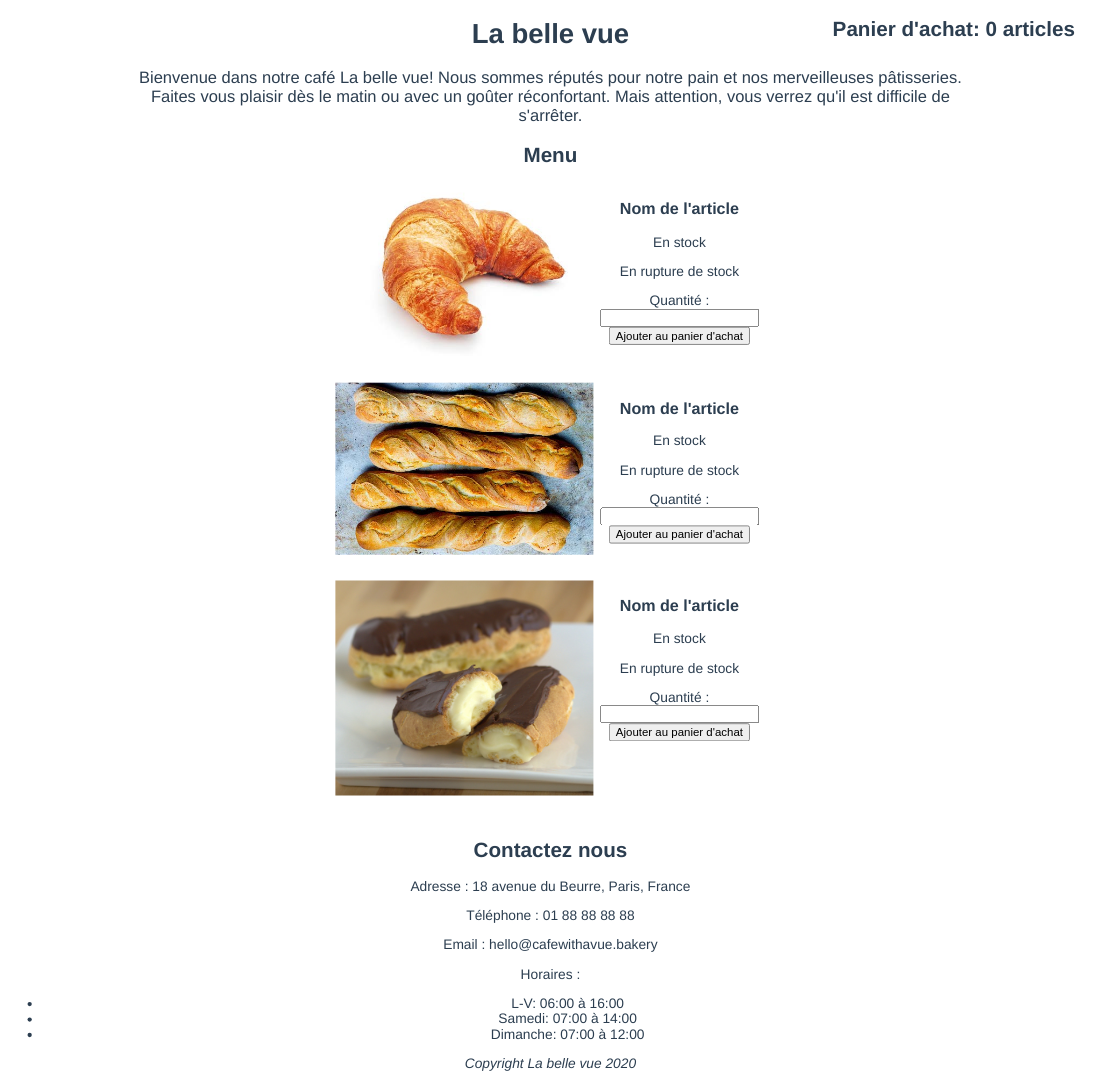
Repository: arione15/OC-tuto_cafe-avec-vue_Vue.js
Page: Partie 1 Créez votre première app Vue.js/Vue-fr-P1C4-Begin/cafe-with-a-vue/index.html
An editor plug-in stored every save of this project. The page is shown before and after a run of saves, followed by the edit.
The browser window is 1280 px wide. The pictures show the whole page, at 86% of full size.

Above is the page before, as saved 2021-09-06 16:20:13.

After the next 2 saves:
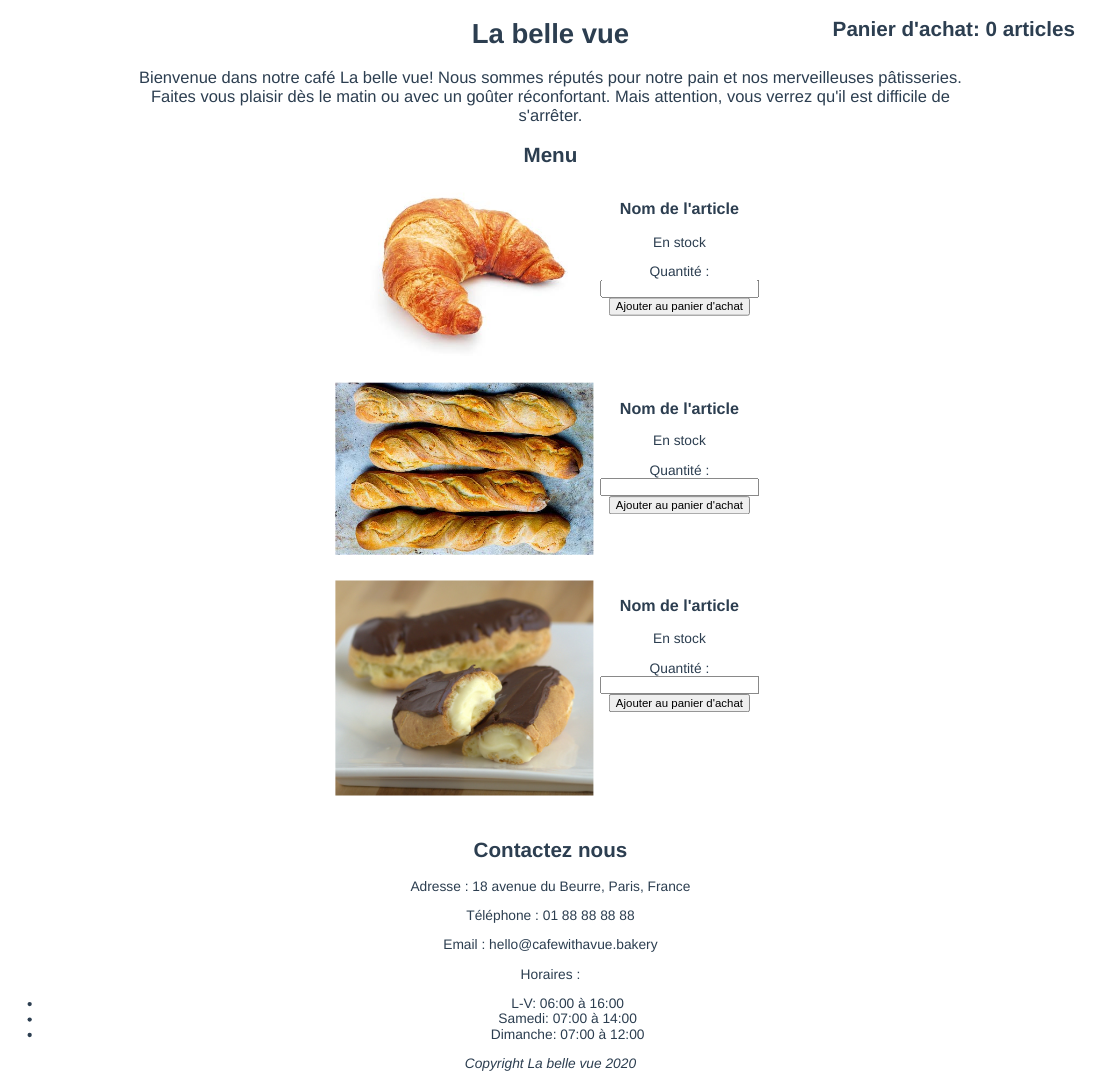
The 2 saves are shown as one change because they came seconds apart.
The last was saved 9 s later.
--- a/Partie 1 Créez votre première app Vue.js/Vue-fr-P1C4-Begin/cafe-with-a-vue/index.html
+++ b/Partie 1 Créez votre première app Vue.js/Vue-fr-P1C4-Begin/cafe-with-a-vue/index.html
@@ -30,7 +30,7 @@
 				<div>
 					<h3>Nom de l'article</h3>
 					<p v-if="">En stock</p>
-					<p v-if="">En rupture de stock</p>
+					<p v-else="">En rupture de stock</p>
 					<div>
 						<label for="add-item-quantity">Quantité :</label>
 						<input id="add-item-quantity" type="number" />
